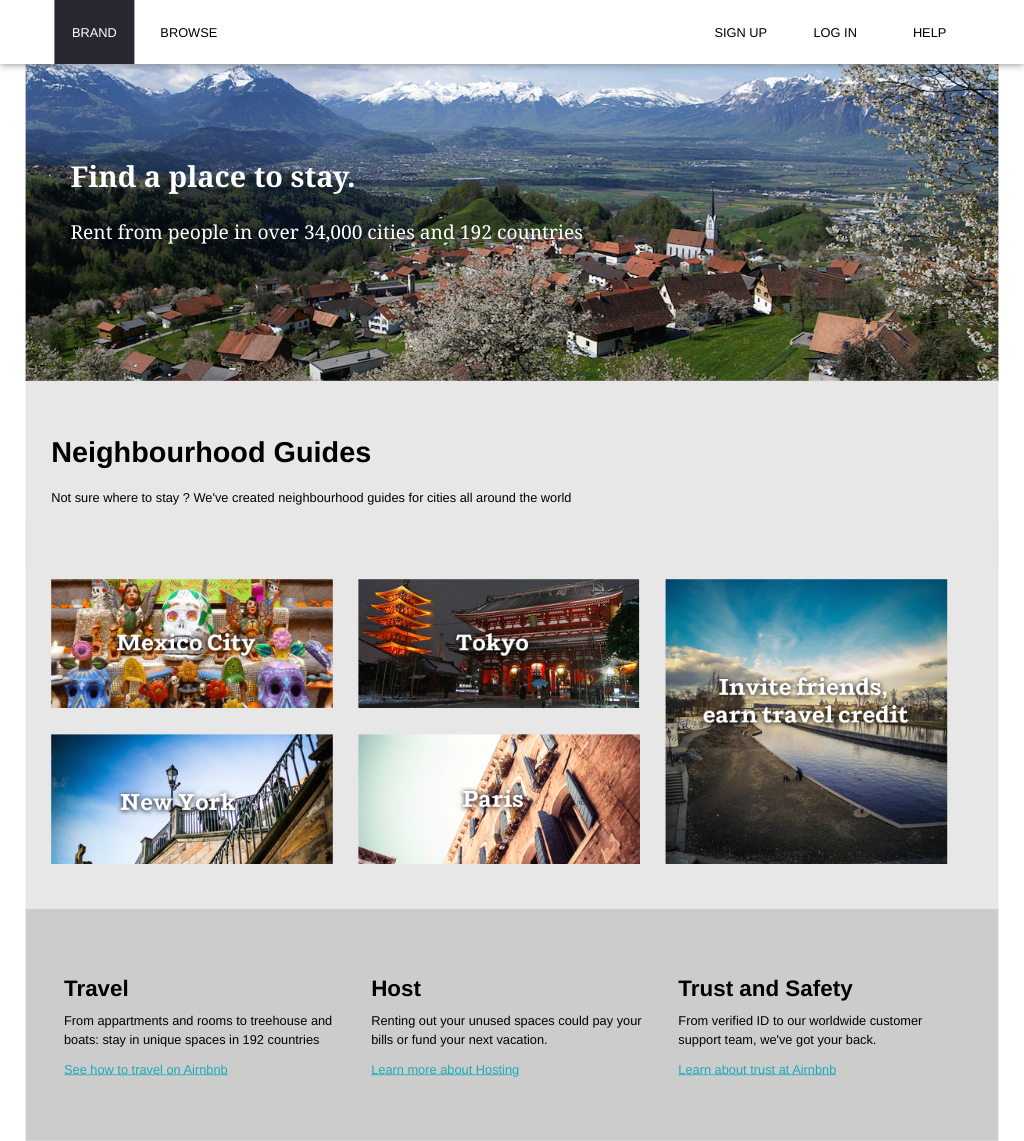
Repository: Naohonproject/web101x02-asm3
Page: Project3.html
An editor plug-in stored every save of this project. The page is shown before and after the next save, followed by the edit.
The browser window is 1280 px wide. The pictures show the whole page, at 80% of full size.
The pointer rests on the first visible `#header .nav-item`.

Above is the page before, as saved 2022-01-22 17:50:11.

After the next save:
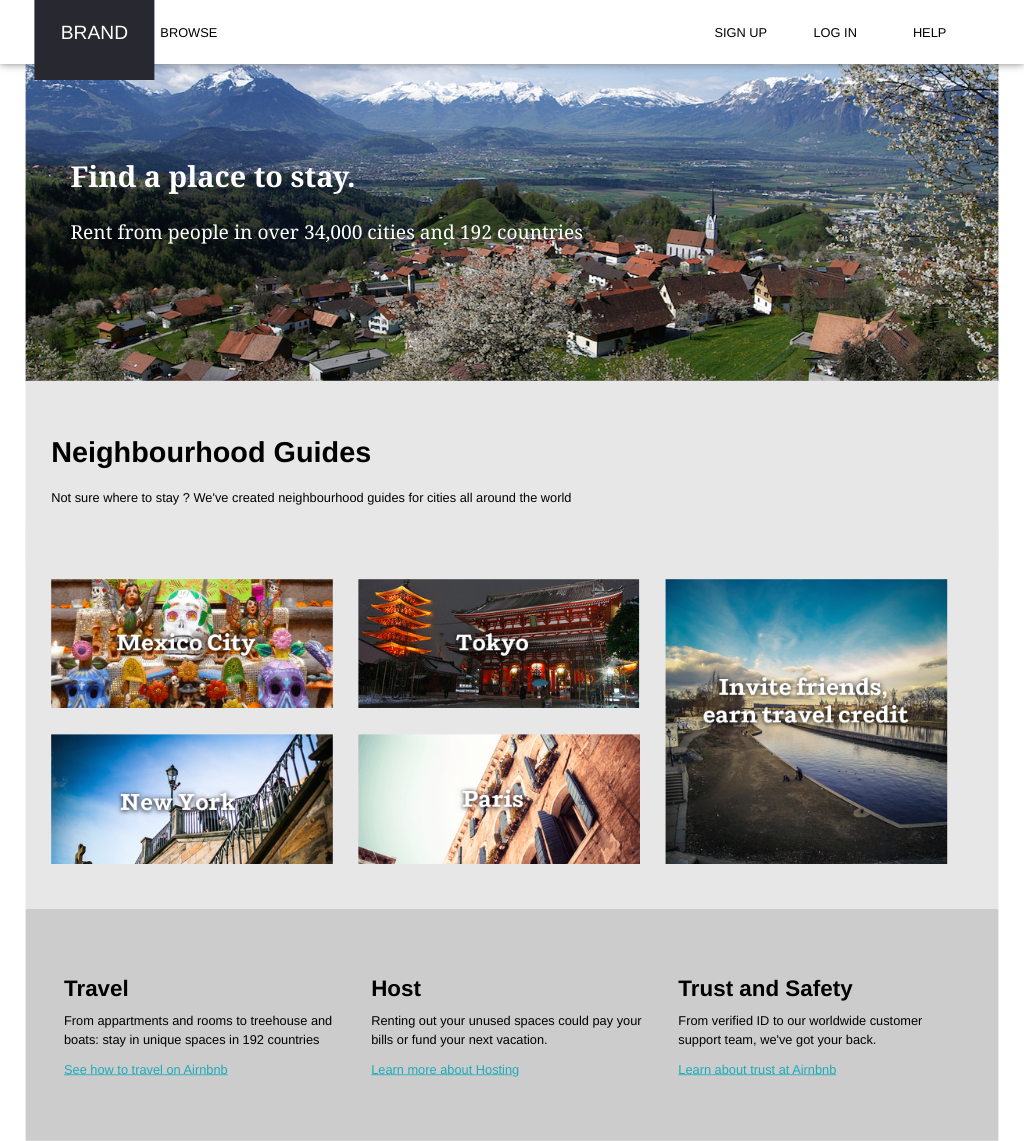
Saved 57 s later.
--- a/assets/css/responsive.css
+++ b/assets/css/responsive.css
@@ -116,6 +116,7 @@
 	#header .nav-item:hover {
 		background-color: #282830;
 		cursor: pointer;
+		transform: scale(1.5);
 	}
 	#header .nav-item:hover a {
 		color: #fff;
